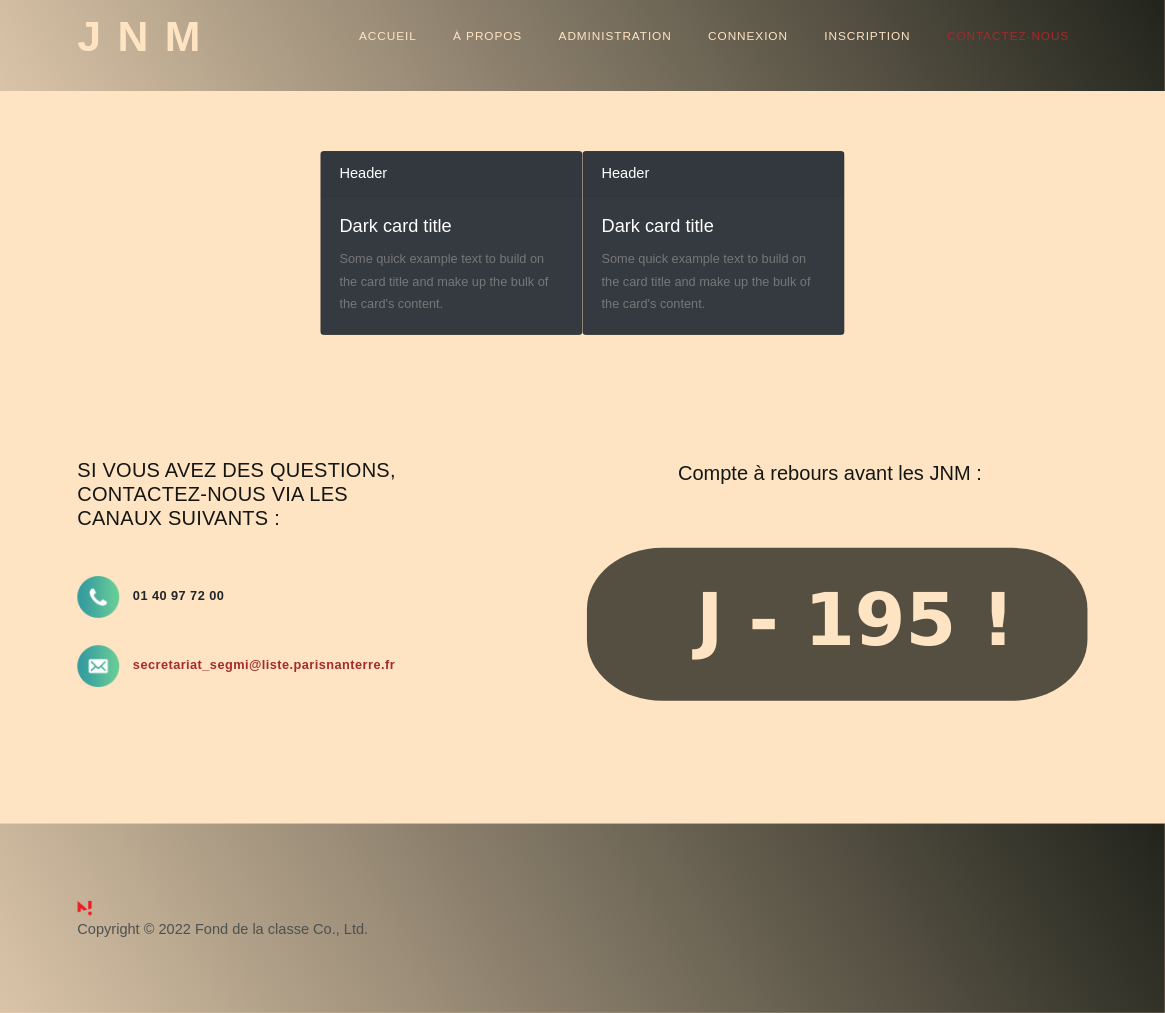
Repository: RiadNadri/ProjetWeb2022
Page: templates/Admin/admin.html.twig
An editor plug-in stored every save of this project. The page is shown before and after the next save, followed by the edit.
The browser window is 1280 px wide. The pictures show the whole page, at 91% of full size.
Some web fonts or font styles are not loaded; a fallback is used. The page is a Twig template of a Symfony application; nobody is signed in and links lead nowhere. The template is opened directly, without the code that normally fills it, so the values that code supplies are empty.

Above is the page before, as saved 2022-12-24 17:25:49.

### templates/Admin/admin.html.twig
{% extends 'base.html.twig' %}

{% block title %} Administration {% endblock %}


{% block body %}

<style>
    .buttonUser{
        margin-top: 0%;
        margin-bottom: 10%;
        margin-left: 25%;
    }
    .buttonPartenaire{
        margin-left:35%;
        font-size: xx-large;
    }
</style>

<div class="buttonUser">
    <div class="btn btn-light" >
        <a href="{{path('app_user')}}">Utilisateurs</a>
    </div>
    <div class="btn btn-light" >
        <a  href="{{path('app_partenaire')}}">Partenaires</a>
    </div>
</div>

<div class="d-flex justify-content-center">
    <div class="card text-white bg-dark mb-3" style="max-width: 18rem;">
    <div class="card-header">Header</div>
    <div class="card-body">
        <h5 class="card-title">Dark card title</h5>
        <p class="card-text">Some quick example text to build on the card title and make up the bulk of the card's content.</p>
    </div>
    </div>

    <div class="card text-white bg-dark mb-3" style="max-width: 18rem;">
    <div class="card-header">Header</div>
    <div class="card-body">
        <h5 class="card-title">Dark card title</h5>
        <p class="card-text">Some quick example text to build on the card title and make up the bulk of the card's content.</p>
    </div>
    </div>
</div>
{% endblock %}

### templates/base.html.twig
<!DOCTYPE html>
<html>
    <head>
        <meta charset="UTF-8">
        <title>{% block title %}{% endblock %} - JNM</title>
        <meta name="viewport" content="width=device-width, initial-scale=1, shrink-to-fit=no">
        <meta name="description" content="">
        <meta name="author" content="">
        <link href="https://fonts.googleapis.com/css?family=Raleway:100,200,300,400,500,600,700,800,900&display=swap" rel="stylesheet">
        <link rel="shortcut icon" type= "image/png" href="{{ asset('img/favicon.png')}}" />

        {# Run `composer require symfony/webpack-encore-bundle` to start using Symfony UX #}

        <link rel="stylesheet" href="{{ asset('assets/css/bootstrap.min.css')}}">
        <link rel="stylesheet" href="{{ asset('assets/css/templatemo-breezed (1).css')}}">

        {% block stylesheets %}{% endblock %}

        {% block javascripts %}{% endblock %}
    </head>
    <body>

        <header class="header-area header-sticky">
        <div class="container">
            <div class="row">
                <div class="col-12">
                    <nav class="main-nav">
                        <!-- ***** Logo Start ***** -->
                        <a href="{{path('app_accueil')}}" class="logo">
                            JNM
                        </a>
                        <!-- ***** Logo End ***** -->
                        <!-- ***** Menu Start ***** -->
                        <ul class="nav">
                            <li class="scroll-to-section"><a href="{{path('app_accueil')}}" >Accueil</a></li>
                            <li class="scroll-to-section"><a href="#about">À propos</a></li>
                            <li class="scroll-to-section"><a href="{{path('app_admin')}}">Administration</a></li>
                            <li class="scroll-to-section"><a href="{{path('app_connexion')}}">Connexion</a></li>
                            {% if app.user %}
                                <li class="scroll-to-section"><a href="#réservation">Réservation</a></li>
                                <li class="scroll-to-section"><a href="{{path('app_profil')}}">Mon profil</a></li>
                                <li class="scroll-to-section"><a href="{{path('app_deconnexion')}}">Deconnexion</a></li>
                            {% else %}
                                <li class="scroll-to-section"><a href="{{path('app_inscription')}}">Inscription</a></li>
                            {% endif %}
                            <li class="scroll-to-section"><a href="#contact-us" class="active">Contactez-Nous</a></li>


                        </ul>

                        <!-- ***** Menu End ***** -->
                    </nav>
                </div>
            </div>
        </div>
    </header>

    {% block body %}
    <section class="section" id="about">
        <div class="container">
            <div class="row">
                <div class="col-lg-6 col-md-6 col-xs-12">
                    <div class="left-text-content">
                        <div class="section-heading">
                            <h6>À propos des Journées Nationales de la MIAGE</h6>
                            <h2>Certains de nos partenaires</h2>
                        </div>
                        <div class="row">
                            <div class="col-md-6 col-sm-6">
                                <div class="service-item">
                                    <a href="https://pepsi.fr/" rel ="nofollow noopener" target="_blank"> <img src="{{ asset('img/Pepsi-Logo-PNG-Pic.png')}}" alt=""> </a>
                                    <h4><a rel="nofollow noopener" href="https://pepsi.fr/" target="_blank">Pepsi</a></h4>
                                </div>
                            </div>
                            <div class="col-md-6 col-sm-6">
                                <div class="service-item">
                                    <a href="https://www.beinsports.com/france/" rel ="nofollow noopener" target="_blank"> <img src="{{ asset('img/Bein_sport_logo.png')}}" alt=""> </a>
                                    <h4><a rel="nofollow noopener" href="https://www.beinsports.com/france/" target="_blank">BeIn Sport</a></h4>
                                </div>
                            </div>
                            <div class="col-md-6 col-sm-6">
                                <div class="service-item">
                                    <a href="https://www.canalplus.com/" rel ="nofollow noopener" target="_blank"> <img src="{{ asset('img/canal-logo-png-transparent.png')}}" alt=""> </a>
                                    <h4><a rel="nofollow noopener" href="https://www.canalplus.com/" target="_blank">Canal +</a></h4>
                                </div>
                            </div>
                            <div class="col-md-6 col-sm-6">
                                <div class="service-item">
                                    <a href="https://www.wwf.fr/" rel ="nofollow noopener" target="_blank"> <img src="{{ asset('img/panda.png')}}" alt=""> </a>
                                    <h4><a rel="nofollow noopener" href="https://www.wwf.fr/" target="_blank">WWF</a></h4>
                                </div>
                            </div>
                            <div class="col-md-12">
                                <a href="#" class="main-button-icon">
                                    En savoir plus
                                </a>
                            </div>
                        </div>
                    </div>
                </div>
                <div class="col-lg-6 col-md-6 col-xs-12">
                    <div class="right-text-content">
                        <p>Les Journées Nationales de la Miage sont organisées par <a rel="nofollow noopener" href="https://www.parisnanterre.fr/" target="_blank">L'Université Paris Nanterre</a> en 2023.
                        <br><br>Du 01/06/2023 au 04/06/2023 venez participer aux Journées Nationales de la MIAGE aux portes de Paris sur le campus de Nanterre. Retrouvez-y toutes les MIAGE de France pour partager un bon moment.
                      <br><br>Prenez part aux différentes activités et profitez-en pour élargir votre réseau miagiste !</p>
                    </div>
                </div>
            </div>
        </div>
    </section>

    <section class="section" id="features">
        <div class="container">
            <div class="row">
                <div class="col-lg-4 col-md-6 col-sm-12 col-xs-12" data-scroll-reveal="enter left move 30px over 0.6s after 0.4s">
                    <div class="features-item">
                        <div class="features-icon">
                            <img src="{{ asset('img/Icone.png')}}" height="30px" width="30px" alt="">
                        </div>
                        <div class="features-content">
                            <h4>Le campus de Nanterre</h4>
                            <p>Situé à proximité du quartier d'affaires da La Défense, le campus de Nanterre s'étend sur 30 hectares.<br> Chaque année, il accueille plus de 40 000 étudiants et met à leur disposition divers types d'infrastructures permettant de pratiquer des activités sportives et culturelles !</p>
                            <a href="https://www.parisnanterre.fr/" target="_blank" class="text-button-icon">
                                En savoir plus
                            </a>
                        </div>
                    </div>
                </div>
                <div class="col-lg-4 col-md-6 col-sm-12 col-xs-12" data-scroll-reveal="enter bottom move 30px over 0.6s after 0.4s">
                    <div class="features-item">
                        <div class="features-icon">
                            <img src="{{ asset('img/miage.png')}}" height="30px" width="30px" alt="">
                        </div>
                        <div class="features-content">
                            <h4>La Miage de Nanterre</h4>
                            <p>Intégrée au sein de l'Unité de Formation et de Recherche
                                <a href="https://ufr-segmi.parisnanterre.fr/" rel="nofollow noopener" target="_blank">
                                SEGMI
                                </a> au bâtiment Allais (G), la MIAGE de Nanterre</p>
                            <a href="https://miage.parisnanterre.fr/" class="text-button-icon">
                                En savoir plus
                            </a>
                        </div>
                    </div>
                </div>
                <div class="col-lg-4 col-md-6 col-sm-12 col-xs-12" data-scroll-reveal="enter right move 30px over 0.6s after 0.4s">
                    <div class="features-item">
                        <div class="features-icon">
                            <img src="{{ asset('img/eiffel.png')}}" height="50px" width="50px"alt="">
                        </div>
                        <div class="features-content">
                            <h4>Le séjour à Paris</h4>
                            <p>Vous pourrez profiter d'ếtre aux portes de Paris pour visiter la capitale. La ligne du RER A vous permettra de rejoindre le centre-ville en moins de 30 minutes.<br> Allez explorer le 1er arrondissement riche en culture, ou manger dans l'un des 18 000 restaurants parisiens !</p>
                            <a href="https://www.parisinfo.com/visiter-a-paris" class="text-button-icon">
                                En savoir plus
                            </a>
                        </div>
                    </div>
                </div>
            </div>
        </div>
    </section>
    {% endblock %}


    <!-- ***** Contact Us Area Starts ***** -->
    <section class="section" id="contact-us">
        <div class="container">
            <div class="row">
                <div class="col-lg-4 col-md-4 col-xs-12">
                    <div class="left-text-content">
                        <div class="section-heading">
                            <h6>Si vous avez des questions, Contactez-nous via les canaux suivants :</h6>
                        </div>
                        <ul class="contact-info">
                            <li><img src="{{ asset('img/contact-info-01.png')}}" alt="">01 40 97 72 00</li>
                            <li><img src="{{ asset('img/contact-info-02.png')}}" alt=""><a href="mailto:secretariat_segmi@liste.parisnanterre.fr">secretariat_segmi@liste.parisnanterre.fr</a></li>
                        </ul>
                    </div>
                </div>

                <div class="col-lg-8 col-md-6 col-xs-12">
                    <div class="section-heading">
                        <h7>Compte à rebours avant les JNM :</h7>
                    </div>
                    <div class="cpt">

                        <label id="Compte"></label>
                            <script type="text/javascript" >
                                var Affiche=document.getElementById("Compte");
                                function Rebour() {
                                 var date1 = new Date();
                                 var date2 = new Date ("Jun 1, 2023 00:00:00");
                                 var sec = (date2 - date1) / 1000;
                                 var n = 24 * 3600;
                                 if (sec > 0) {
                                        j = Math.floor (sec / n);
                                        Affiche.innerHTML = "J - " + j + " !";
                                 }
                                 tRebour=setTimeout ("Rebour();", 1000);
                                }
                             Rebour();
                            </script>

                    </div>
                </div>

            </div>
        </div>
    </section>


    </body>


    <!-- ***** Footer Start ***** -->
    <footer>
        <div class="container">
            <div class="row">
                <div class="col-lg-6 col-xs-12">
                    <div class="left-text-content">
                        <a rel="nofollow noopener" href="https://www.parisnanterre.fr/" target="_blank"><img src="{{ asset('img/Icone.png')}}" alt=""><br>Copyright &copy; 2022 Fond de la classe Co., Ltd. </a>
                    </div>
                </div>

            </div>
        </div>
    </footer>
</html>

Loaded but not shown: public/assets/css/bootstrap.min.css (library); public/assets/css/templatemo-breezed (1).css (908 lines, source omitted)

After the next save:
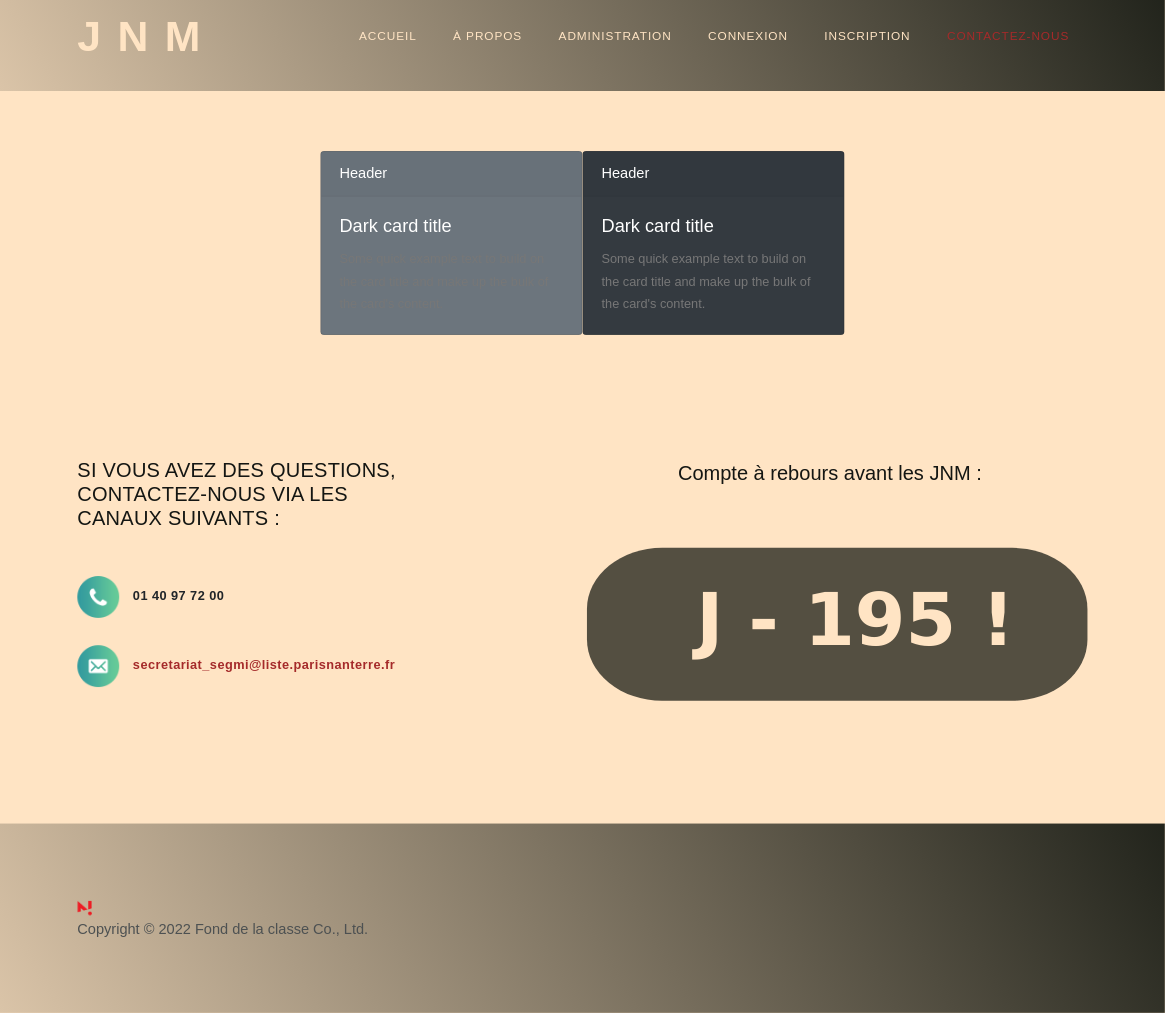
Saved 57 s later.
--- a/templates/Admin/admin.html.twig
+++ b/templates/Admin/admin.html.twig
@@ -27,7 +27,7 @@
 </div>
 
 <div class="d-flex justify-content-center">
-    <div class="card text-white bg-dark mb-3" style="max-width: 18rem;">
+    <div class="card text-white bg-secondary mb-3" style="max-width: 18rem;">
     <div class="card-header">Header</div>
     <div class="card-body">
         <h5 class="card-title">Dark card title</h5>
